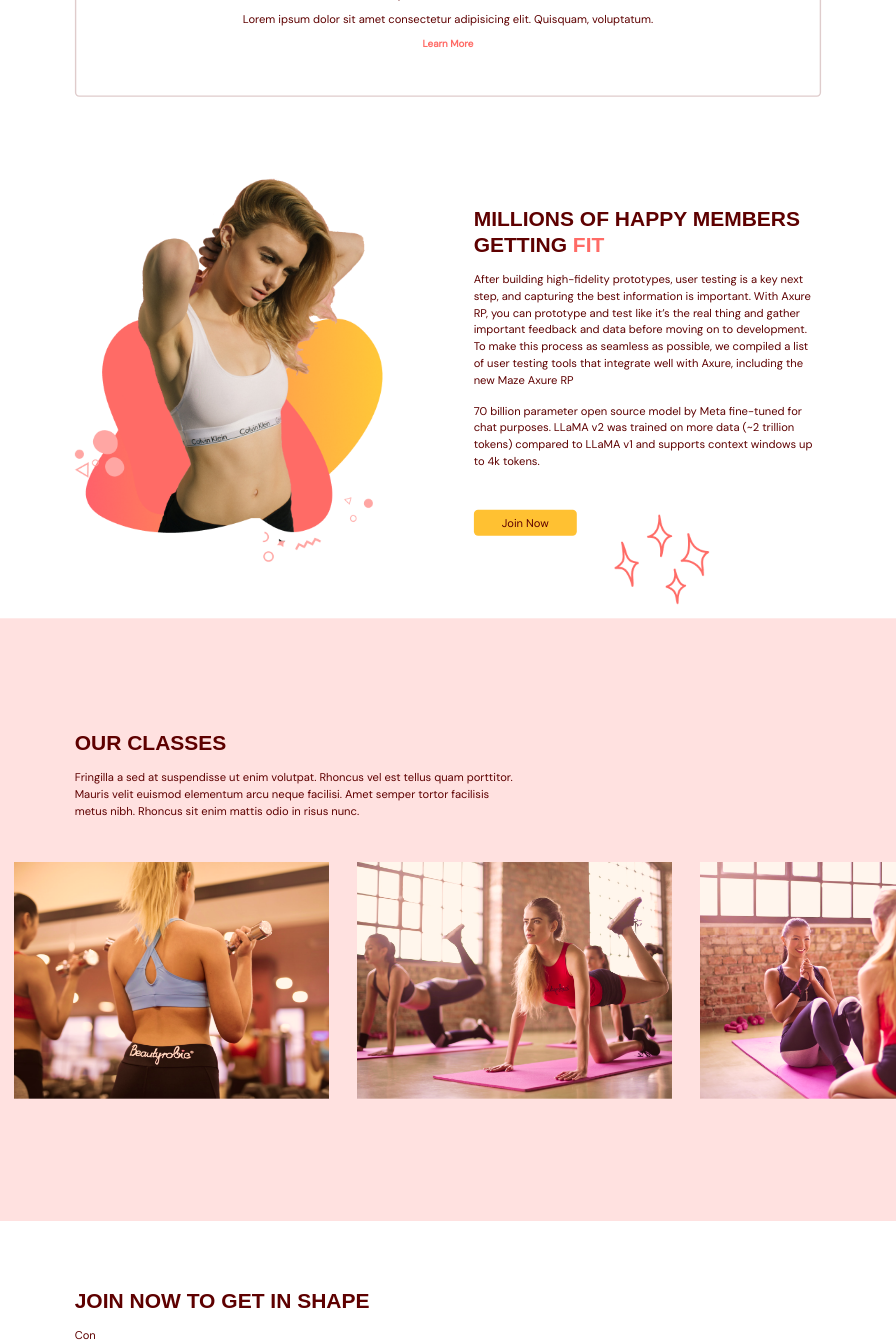
Repository: YUKIKAZE-nanoda/gym-typescript
Page: /
These files come from the project's save history. The page is drawn as it stood at one moment and after a run of saves; the edit follows.
The browser window is 1280 px wide. The pictures show the part of the page from y = 1766 to 3686 px (the page is 3686 px tall), at 70% of full size.
The project was rebuilt for these pictures with package versions that can differ from the ones it lists, and the page was loaded fresh each time. Also part of the build but not shown: vite.config.ts.

Above is the page before, as saved 2023-08-03 20:34:05.

### src/App.tsx
import Navbar from "@/scenes/navbar";
import { useEffect, useState } from "react";
import { SelectedPage } from "@/shared/types";
import Home from "@/scenes/home";
import Benefits from "@/scenes/benefits";
import OurClasses from "@/scenes/ourClasses";
import ContactUs from "@/scenes/contactUs";

function App() {
  const [selectedPage, setSelectedPage] = useState<SelectedPage>(
    SelectedPage.Home
  );
  const [isTopOfPage, setIsTopOfPage] = useState<boolean>(true);

  useEffect(() => {
    const handleScroll = () => {
      if (window.scrollY === 0) {
        setIsTopOfPage(true);
        setSelectedPage(SelectedPage.Home);
      }
      if (window.scrollY !== 0) setIsTopOfPage(false);
    };
    window.addEventListener("scroll", handleScroll);
    return () => window.removeEventListener("scroll", handleScroll);
  }, []);

  return (
    <div className="app bg-gray-20">
      <Navbar
        isTopOfPage={isTopOfPage}
        selectedPage={selectedPage}
        setSelectedPage={setSelectedPage}
      />
      <Home setSelectedPage={setSelectedPage} />
      <Benefits setSelectedPage={setSelectedPage} />
      <OurClasses setSelectedPage={setSelectedPage} />
      <ContactUs setSelectedPage={setSelectedPage} />

    </div>
  );
}

export default App;

### src/index.css
@import url('https://fonts.googleapis.com/css2?family=DM+Sans:wight@400;500;700&display=swap');

@tailwind base;
@tailwind components;
@tailwind utilities;

html,
body,
#root,
.app{
  height: 100%;
  width: 100%;
  font-family: "DM Sans", sans-serif;
  @apply text-gray-500;
}

### src/scenes/navbar/index.tsx
import { useState } from "react";

import { Bars3Icon, XMarkIcon } from "@heroicons/react/24/solid";
import Logo from "@/assets/Logo.png";
import Link from "./Link";
import { SelectedPage } from "@/shared/types";
import useMediaQuery from "@/hooks/useMediaQuery";
import ActionButton from "@/shared/ActionButton";
type Props = {
    isTopOfPage: boolean;
    selectedPage: SelectedPage;
    setSelectedPage: (value: SelectedPage) => void;
};

const Navbar = ({ isTopOfPage,selectedPage, setSelectedPage }: Props) => {
    const flexBetween = "flex items-center justify-between";
    const isAboveMediumScreens = useMediaQuery("(min-width:1060px)");
    const [isMenuToggle, setIsMenuToggle] = useState<boolean>(false);
    const navbarBackground = isTopOfPage ? "bg-transparent" : "bg-primary-100 drop of shadow-xl";
    return <nav>
        <div
            className={`${navbarBackground} ${flexBetween} fixed top-0 z-30 w-full py-6`}
        >
            <div className={`${flexBetween} mx-auto w-5/6`}>
                <div className={`${flexBetween} w-full gap-16`}>
                    {/* LEFT SIDE */}
                    <img alt="logo" src={Logo} />

                    {/* RIGHT SIDE */}
                    {isAboveMediumScreens ? (
                        <div className={`${flexBetween} w-full`}>
                            <div className={`${flexBetween} gap-8 text-sm`}>
                                <Link
                                    page="Home"
                                    selectedPage={selectedPage}
                                    setSelectedPage={setSelectedPage}
                                />
                                <Link
                                    page="Benefits"
                                    selectedPage={selectedPage}
                                    setSelectedPage={setSelectedPage}
                                />
                                <Link
                                    page="Our Classes"
                                    selectedPage={selectedPage}
                                    setSelectedPage={setSelectedPage}
                                />
                                <Link
                                    page="Contact Us"
                                    selectedPage={selectedPage}
                                    setSelectedPage={setSelectedPage}
                                />
                            </div>
                            <div className={`${flexBetween} gap-8`}>
                                <p>Sign In</p>
                                <ActionButton setSelectedPage={setSelectedPage}>
                                    Become A Menber
                                </ActionButton>

                            </div>
                        </div>
                    ) : (
                        <button
                            className="rounded-full bg-secondary-500 p-2"
                            onClick={() => setIsMenuToggle(!isMenuToggle)}

                        >
                            <Bars3Icon className="h-6 w-6 text-white" />
                        </button>
                    )}
                </div>
            </div>
        </div>
        {/* mobile menu modal */}
        {!isAboveMediumScreens && isMenuToggle && (
            <div className="fixed right-0 bottom-0 z-40 h-full w-[300px] bg-primary-100 drop-shadow-xl">
                {/* close Icon */}
                <div className="flex justify-end p-4">
                    <button onClick={() => setIsMenuToggle(!isMenuToggle)}>
                        <XMarkIcon className="h-6 w-6 text-gray-400" />

                    </button>
                </div>
                <div className="ml-[33%] flex flex-col gap-10 text-2xl">
                    <Link
                        page="Home"
                        selectedPage={selectedPage}
                        setSelectedPage={setSelectedPage}
                    />
                    <Link
                        page="Benefits"
                        selectedPage={selectedPage}
                        setSelectedPage={setSelectedPage}
                    />
                    <Link
                        page="Our Classes"
                        selectedPage={selectedPage}
                        setSelectedPage={setSelectedPage}
                    />
                    <Link
                        page="Contact Us"
                        selectedPage={selectedPage}
                        setSelectedPage={setSelectedPage}
                    />
                </div>
            </div>
        )}
    </nav>

}

export default Navbar;

### src/shared/types.ts
export enum SelectedPage{
    Home='home',
    Benefits='benefits',
    OurClasses='ourClasses',
    ContactUS='contactUs',
}

export interface BenefitType{
    icon:JSX.Element;
    title:string;
    description:string;
}

export interface ClassType{
    name:string;
    description?:string;
    image:string;
}

### src/scenes/home/index.tsx
import useMediaQuery from "@/hooks/useMediaQuery";
import { SelectedPage } from "@/shared/types";
import ActionButton from "@/shared/ActionButton";
import HomePageText from "@/assets/HomePageText.png";
import HomePageGraphic from "@/assets/HomePageGraphic.png";
import SponsorRedBull from "@/assets/SponsorRedBull.png";
import SponsorForbes from "@/assets/SponsorForbes.png";
import SponsorFortune from "@/assets/SponsorFortune.png";
import AnchorLink from "react-anchor-link-smooth-scroll";
import { motion } from "framer-motion";

type Props = {
  setSelectedPage: (value: SelectedPage) => void;
};

const Home = ({ setSelectedPage }: Props) => {
  const isAboveMediumScreens = useMediaQuery("(min-width:1060px)");

  return (
    <section id="home" className="gap-16 bg-gray-20 py-10 md:h-full md:pb-0">
      {/* IMAGE AND MAIN HEADER */}
      <motion.div
        className="mx-auto w-5/6 items-center justify-center md:flex md:h-5/6"
        onViewportEnter={() => setSelectedPage(SelectedPage.Home)}
      >
        {/* MAIN HEADER */}
        <div className="z-10 mt-32 md:basis-3/5">
          {/* HEADINGS */}
          <motion.div
            className="md:-mt-20"
            initial="hidden"
            whileInView="visible"
            viewport={{ once: true, amount: 0.5 }}
            transition={{ duration: 0.5 }}
            variants={{
              hidden: { opacity: 0, x: -50 },
              visible: { opacity: 1, x: 0 },
            }}
          >
            <div className="relative">
              <div className="before:absolute before:-top-20 before:-left-20 before:z-[-1] md:before:content-evolvetext">
                <img alt="home-page-text" src={HomePageText} />
              </div>
            </div>

            <p className="mt-8 text-sm">
              Unrivaled Gym. Unparalleled Training Fitness Classes. World Class
              Studios to get the Body Shapes That you Dream of.. Get Your Dream
              Body Now.
            </p>
          </motion.div>

          {/* ACTIONS */}
          <motion.div
            className="mt-8 flex items-center gap-8"
            initial="hidden"
            whileInView="visible"
            viewport={{ once: true, amount: 0.5 }}
            transition={{ delay: 0.2, duration: 0.5 }}
            variants={{
              hidden: { opacity: 0, x: -50 },
              visible: { opacity: 1, x: 0 },
            }}
          >
            <ActionButton setSelectedPage={setSelectedPage}>
              Join Now
            </ActionButton>
            <AnchorLink
              className="text-sm font-bold text-primary-500 underline hover:text-secondary-500"

            >
              <p>Learn More</p>
            </AnchorLink>
          </motion.div>
        </div>

        {/* IMAGE */}
        <div
          className="flex basis-3/5 justify-center md:z-10
              md:ml-40 md:mt-16 md:justify-items-end"
        >
          <img alt="home-pageGraphic" src={HomePageGraphic} />
        </div>
      </motion.div>

      {/* SPONSORS */}
      {isAboveMediumScreens && (
        <div className="h-[150px] w-full bg-primary-100 py-10">
          <div className="mx-auto w-5/6">
            <div className="flex w-3/5 items-center justify-between gap-8">
              <img alt="redbull-sponsor" src={SponsorRedBull} />
              <img alt="forbes-sponsor" src={SponsorForbes} />
              <img alt="fortune-sponsor" src={SponsorFortune} />
            </div>
          </div>
        </div>
      )}
    </section>
  );
};

export default Home;

### src/scenes/ourClasses/index.tsx
import { SelectedPage, ClassType } from "@/shared/types";
import image1 from "@/assets/image1.png";
import image2 from "@/assets/image2.png";
import image3 from "@/assets/image3.png";
import image4 from "@/assets/image4.png";
import image5 from "@/assets/image5.png";
import image6 from "@/assets/image6.png";
import { motion } from "framer-motion";
import HText from "@/shared/HText";
import Class from "./Class";

const classes: Array<ClassType> = [
  {
    name: "Weight Training Classes",
    description:
      "Lorem ipsum dolor sit amet, consectetur adipiscing elit, sed do eiusmod tempor incididunt ut labore et dolore magna aliqua. Ut enim ad minim veniam, quis nostrud exercitation ullamco laboris nisi ut aliquip ex ea commodo consequat.",
    image: image1,
  },
  {
    name: "Yoga Classes",
    image: image2,
  },
  {
    name: "Ab Core Classes",
    description:
      "Lorem ipsum dolor sit amet, consectetur adipiscing elit, sed do eiusmod tempor incididunt ut labore et dolore magna aliqua. Ut enim ad minim veniam, quis nostrud exercitation ullamco laboris nisi ut aliquip ex ea commodo consequat.",
    image: image3,
  },
  {
    name: "Adventure Classes",
    description:
      "Lorem ipsum dolor sit amet, consectetur adipiscing elit, sed do eiusmod tempor incididunt ut labore et dolore magna aliqua. Ut enim ad minim veniam, quis nostrud exercitation ullamco laboris nisi ut aliquip ex ea commodo consequat.",
    image: image4,
  },
  {
    name: "Fitness Classes",
    image: image5,
  },
  {
    name: "Training Classes",
    description:
      "Lorem ipsum dolor sit amet, consectetur adipiscing elit, sed do eiusmod tempor incididunt ut labore et dolore magna aliqua. Ut enim ad minim veniam, quis nostrud exercitation ullamco laboris nisi ut aliquip ex ea commodo consequat.",
    image: image6,
  },
];

type Props = {
  setSelectedPage: (value: SelectedPage) => void;
};

const OurClasses = ({ setSelectedPage }: Props) => {
  return (
    <section id="ourclasses" className="w-full bg-primary-100 py-40">
      <motion.div
        onViewportEnter={() => setSelectedPage(SelectedPage.OurClasses)}
      >
        <motion.div
          className="mx-auto w-5/6"
          initial="hidden"
          whileInView="visible"
          viewport={{ once: true, amount: 0.5 }}
          transition={{ duration: 0.5 }}
          variants={{
            hidden: { opacity: 0, x: -50 },
            visible: { opacity: 1, x: 0 },
          }}
        >
          <div className="md:w-3/5">
            <HText>OUR CLASSES</HText>
            <p className="py-5">
              Fringilla a sed at suspendisse ut enim volutpat. Rhoncus vel est
              tellus quam porttitor. Mauris velit euismod elementum arcu neque
              facilisi. Amet semper tortor facilisis metus nibh. Rhoncus sit
              enim mattis odio in risus nunc.
            </p>
          </div>
        </motion.div>
        <div className="mt-10 h-[353px] w-full overflow-x-auto overflow-y-hidden">
          <ul className="w-[2800px] whitespace-nowrap">
            {classes.map((item: ClassType, index) => (
              <Class
                key={`${item.name}-${index}`}
                name={item.name}
                description={item.description}
                image={item.image}
              />
            ))}
          </ul>
        </div>
      </motion.div>
    </section>
  );
};

export default OurClasses;

### src/scenes/contactUs/index.tsx
import { SelectedPage } from '@/shared/types';
import { motion } from 'framer-motion'
import { useForm } from 'react-hook-form'
import ContactUsPageGraphic from '@/assets/ContactUsPageGraphic.png'
import HText from '@/shared/HText';
type Props = {
    setSelectedPage: (value: SelectedPage) => void;
};

const ContactUS = ({ setSelectedPage }: Props) => {
    return (
        <section id="contactus" className='mx-auto w-5/6 pt-24 '>
            <motion.div
                onViewportEnter={() => setSelectedPage(SelectedPage.ContactUS)}
            >
                {/* header */}
                <motion.div className='md:w-3/5'
                    initial="hidden"
                    whileInView="visible"
                    viewport={{ once: true, amount: 0.5 }}
                    transition={{ delay: 0.2, duration: 0.5 }}
                    variants={{
                        hidden: { opacity: 0, x: -50 },
                        visible: { opacity: 1, x: 0 }
                    }}
                >
                    <HText>
                        <span className='text-promary-500'>JOIN NOW</span> TO GET IN SHAPE
                    </HText>
                    <p className='my-5'>
                        Con
                    </p>

                </motion.div>

            </motion.div>

        </section>
    )
}

export default ContactUS

### src/scenes/navbar/Link.tsx

import { SelectedPage } from "@/shared/types";
import AnchorLink from "react-anchor-link-smooth-scroll";

type Props = {
  page: string;
  selectedPage: SelectedPage;
  setSelectedPage: (value: SelectedPage) => void;
};

const Link = ({ page, selectedPage, setSelectedPage }: Props) => {
  const lowerCasePage = page.toLowerCase().replace(/ /g, "") as SelectedPage;

  return (
    <AnchorLink
      className={`${selectedPage === lowerCasePage ? "text-primary-500" : ""}
        transition duration-500 hover:text-primary-300
      `}
      href={`#${lowerCasePage}`}
      onClick={() => setSelectedPage(lowerCasePage)}
    >
      {page}
    </AnchorLink>
  );
};

export default Link;

### src/shared/ActionButton.tsx
import AnchorLink from "react-anchor-link-smooth-scroll"
import { SelectedPage } from "./types"

type Props = {
    children: React.ReactNode
    setSelectedPage: (value: SelectedPage) => void
}

const ActionButton = ({ children, setSelectedPage }: Props) => {
    return (
        <AnchorLink className="rounded-md bg-secondary-500 px-10 py-2 hover:bg-primary-500 hover:text-white"
            onClick={() => setSelectedPage(SelectedPage.ContactUS)}
            href={`#${SelectedPage.ContactUS}`}
        >
            {children}
        </AnchorLink>
    )
}

export default ActionButton

### src/scenes/benefits/Benefit.tsx
import React from 'react';
import AnchorLink from 'react-anchor-link-smooth-scroll';
import { SelectedPage } from '@/shared/types'
import { motion } from 'framer-motion';
type Props = {
    icon: JSX.Element,
    title: string,
    description: string,
    setSelectedPage: (value: SelectedPage) => void;

}

const childVariant = {
    hidden:{opacity:0,scale:0.9},
    visible:{opacity:1,scale:1}
}

const Benefit = ({ icon, title, description, setSelectedPage }: Props) => {
    return (
        <motion.div
        className='mt-5 rounded-md border-2 border-gray-100 px-5 py-16 text-center'
        variants={childVariant}

        >
            <div className='mb-4 flex justify-center'>
                <div className='rounded-full border-2 border-gray-100 bg-primary-100 p-4'>
                    {icon}
                </div>
            </div>
            <h4 className='font-bold'>{title}</h4>
            <p className='my-3'>{description}</p>
            <AnchorLink
                className='text-sm font-bold text-primary-500 hover:text-primary-300'
                onClick={() => setSelectedPage(SelectedPage.OurClasses)}
                href={`#${SelectedPage.ContactUS}`}
            >

                <p>Learn More</p>

            </AnchorLink>

        </motion.div>
    )
}

export default Benefit

### src/scenes/ourClasses/Class.tsx
type Props = {
    name: string;
    description?: string;
    image: string;
  };

  const Class = ({ name, description, image }: Props) => {
    const overlayStyles = `p-5 absolute z-30 flex
    h-[380px] w-[450px] flex-col items-center justify-center
    whitespace-normal bg-primary-500 text-center text-white
    opacity-0 transition duration-500 hover:opacity-90`;

    return (
      <li className="relative mx-5 inline-block h-[380px] w-[450px]">
        <div className={overlayStyles}>
          <p className="text-2xl">{name}</p>
          <p className="mt-5">{description}</p>
        </div>
        <img alt={`${image}`} src={image} />
      </li>
    );
  };

  export default Class;

Loaded but not shown: index.html (common file); src/main.tsx (common file); src/hooks/useMediaQuery.tsx (common file); src/shared/HText.tsx (common file); tailwind.config.js (42 lines, source omitted); src/scenes/benefits/index.tsx (151 lines, source omitted)

After the next 2 saves:
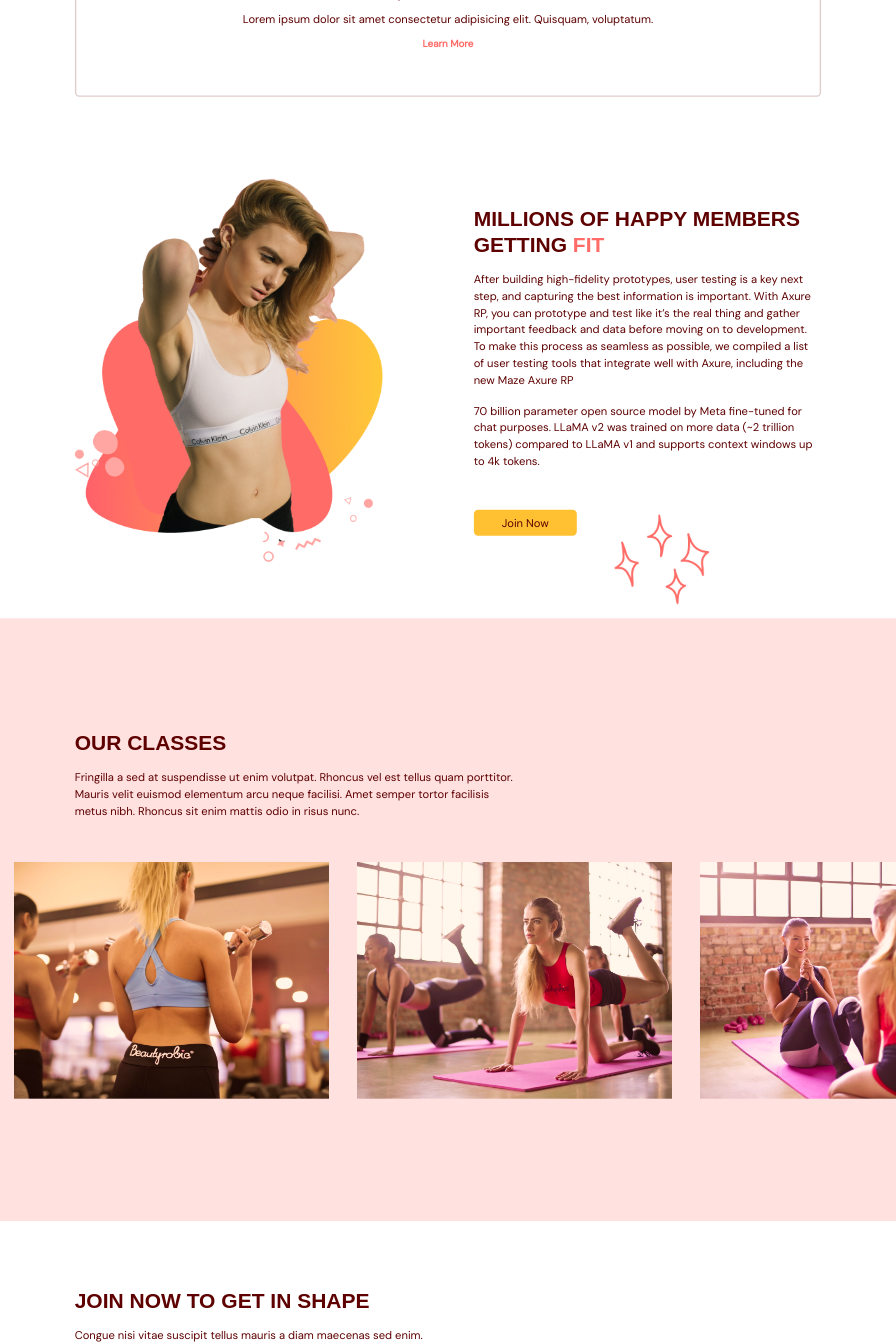
The 2 saves are shown as one change because they came seconds apart.
The last was saved 5 s later.
--- a/src/scenes/contactUs/index.tsx
+++ b/src/scenes/contactUs/index.tsx
@@ -28,7 +28,7 @@
                         <span className='text-promary-500'>JOIN NOW</span> TO GET IN SHAPE
                     </HText>
                     <p className='my-5'>
-                        Con
+                        Congue nisi vitae suscipit tellus mauris a diam maecenas sed enim.
                     </p>
 
                 </motion.div>
